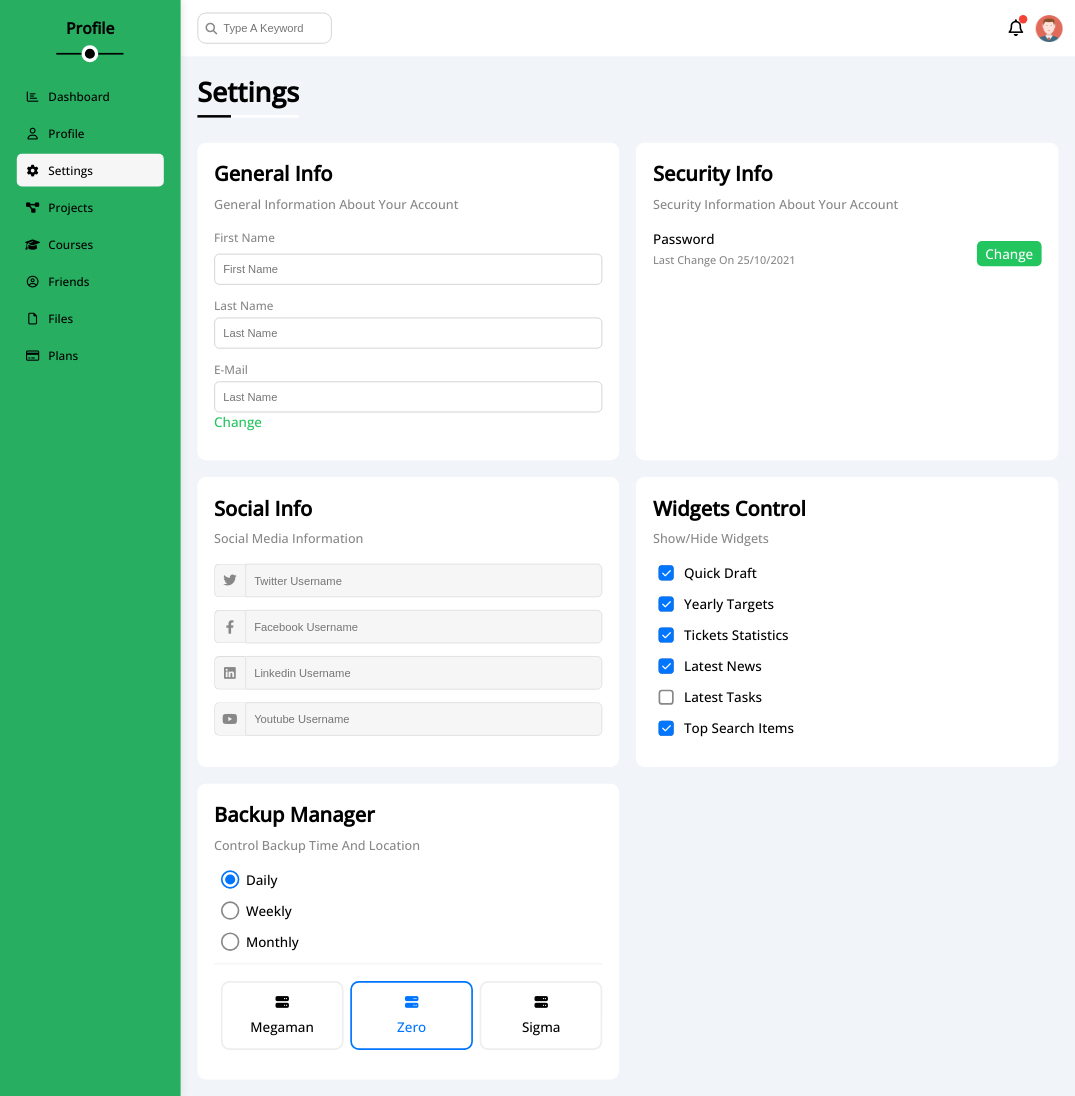
Repository: souhailaniba/Bookly
Page: public/assets/books webstie/settings.html
The author's editor kept a copy of each file at every save. The page is drawn from the files as they stood at one save, then again after the next save.
The browser window is 1280 px wide. The pictures show the whole page, at 84% of full size.

Above is the page before, as saved 2023-01-27 14:51:12.

After the next save:
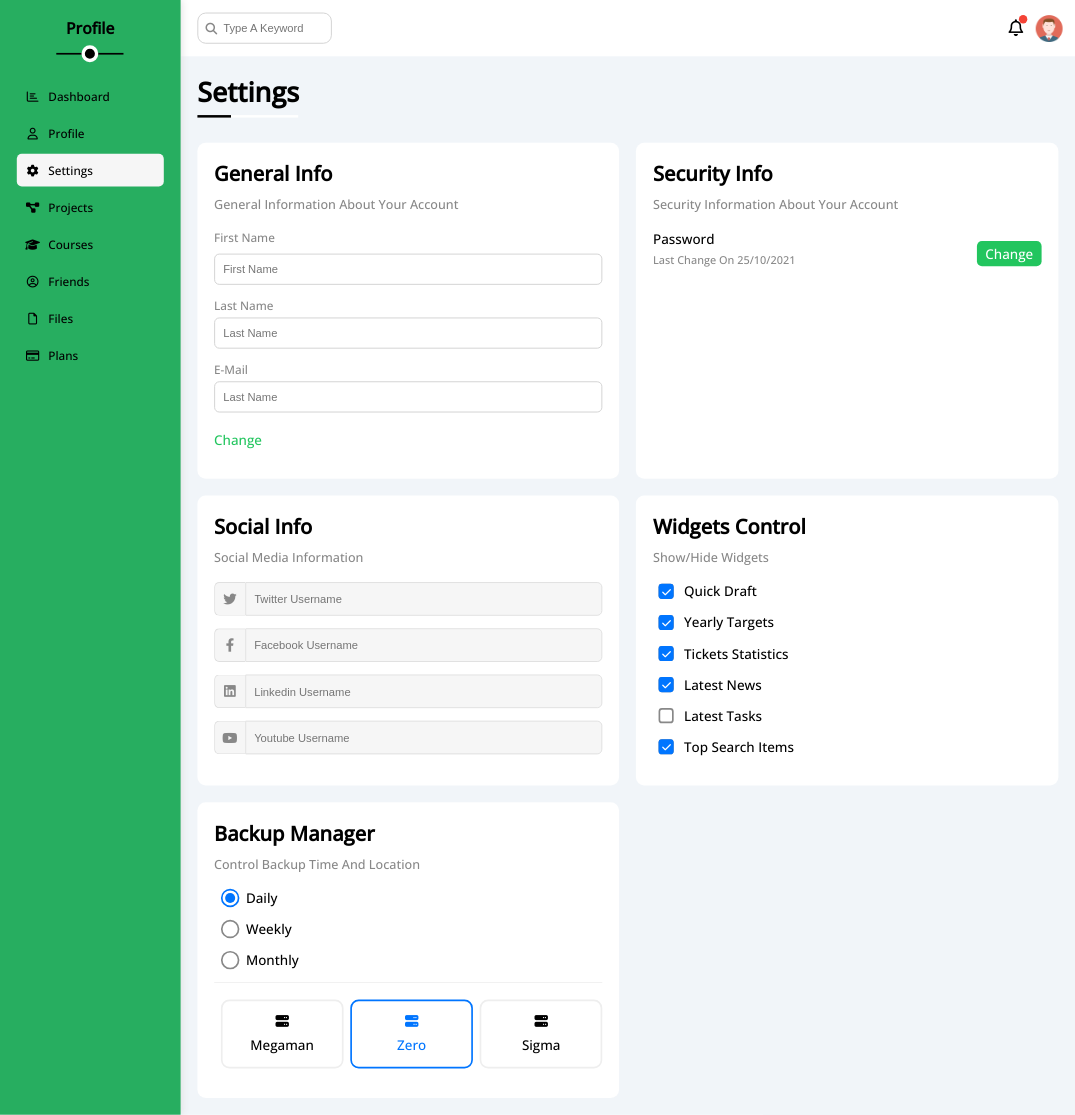
Saved 10 s later.
--- a/public/assets/books webstie/settings.html
+++ b/public/assets/books webstie/settings.html
@@ -114,7 +114,7 @@
                 type="text"
                 placeholder="Last Name"
               />
-              <a class="c-green" href="#">Change</a>
+              <br><a class="c-green" href="#">Change</a>
             </div>
           </div>
           <!-- End Settings Box -->
